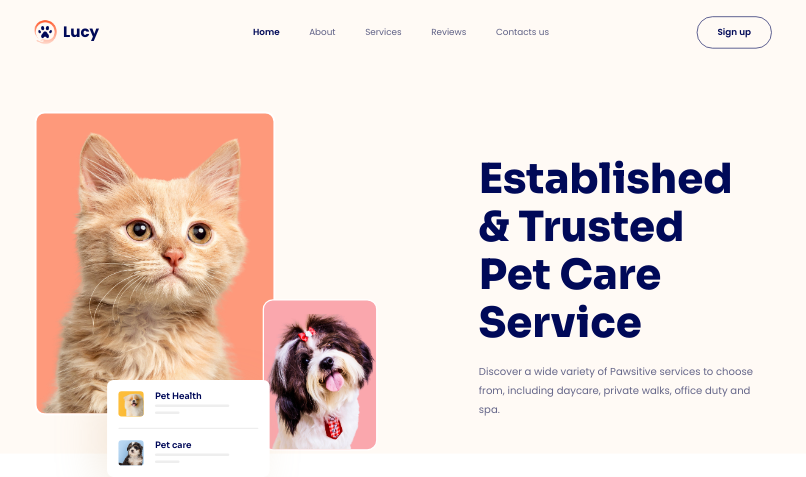
Repository: Cuongquaidan/F8projeact-04
Page: index.html
The author's editor kept a copy of each file at every save. The page is drawn from the files as they stood at one save, then again after the next save.
The browser window is 1280 px wide. The pictures show the whole page, at 63% of full size.

Above is the page before, as saved 2023-04-15 09:59:17.

After the next save:
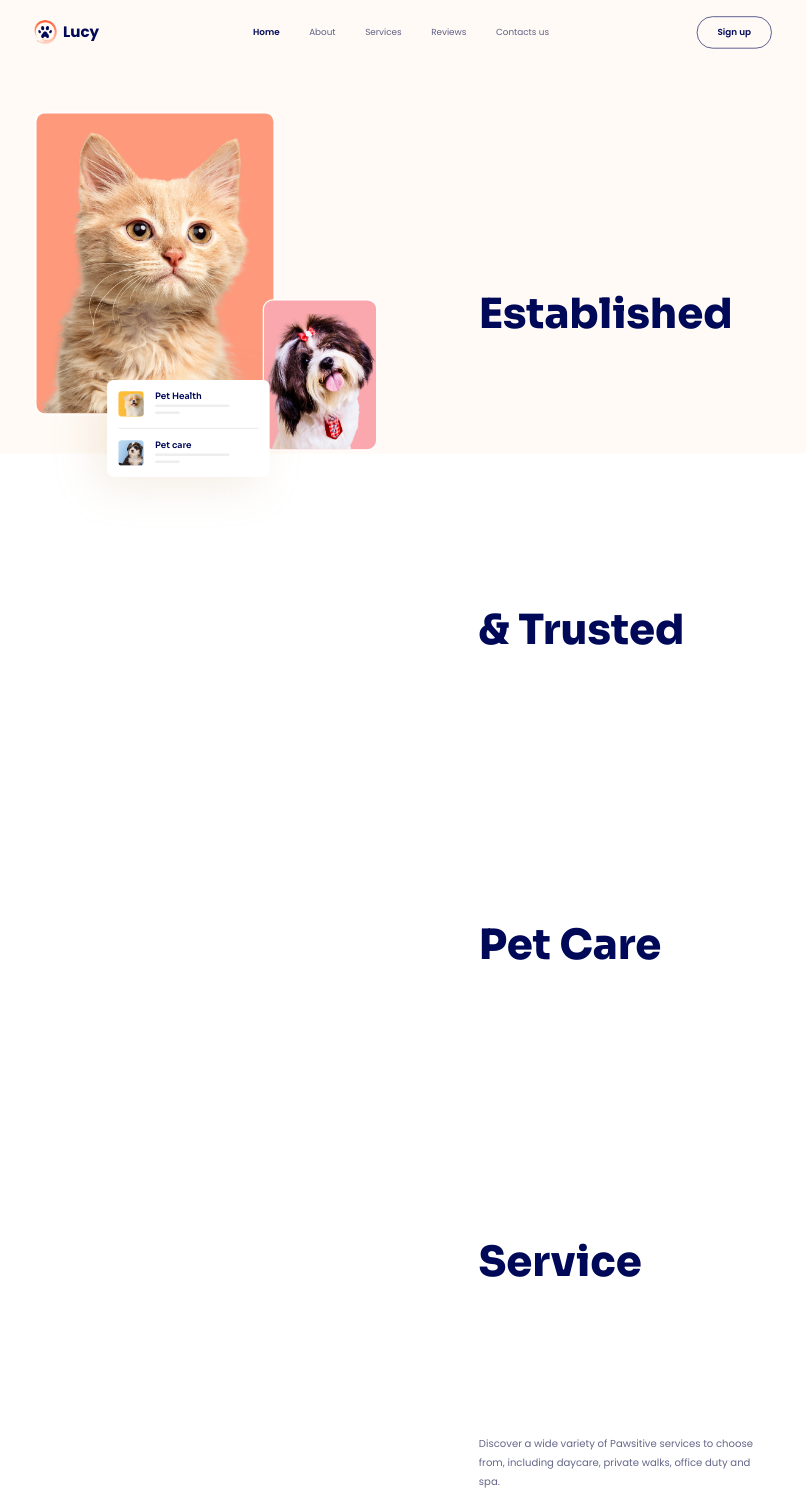
Saved 86 s later.
--- a/asset/css/styles.css
+++ b/asset/css/styles.css
@@ -226,8 +226,8 @@ a {
     padding-left: 120px;
 }
 .hero__contents-title {
-    font-size: 6.6rem;
-    line-height: 76px;
+    font-size: 6.6em;
+    line-height: 7.6em;
     margin-bottom: 24px;
     margin-right: 30px;
 }
